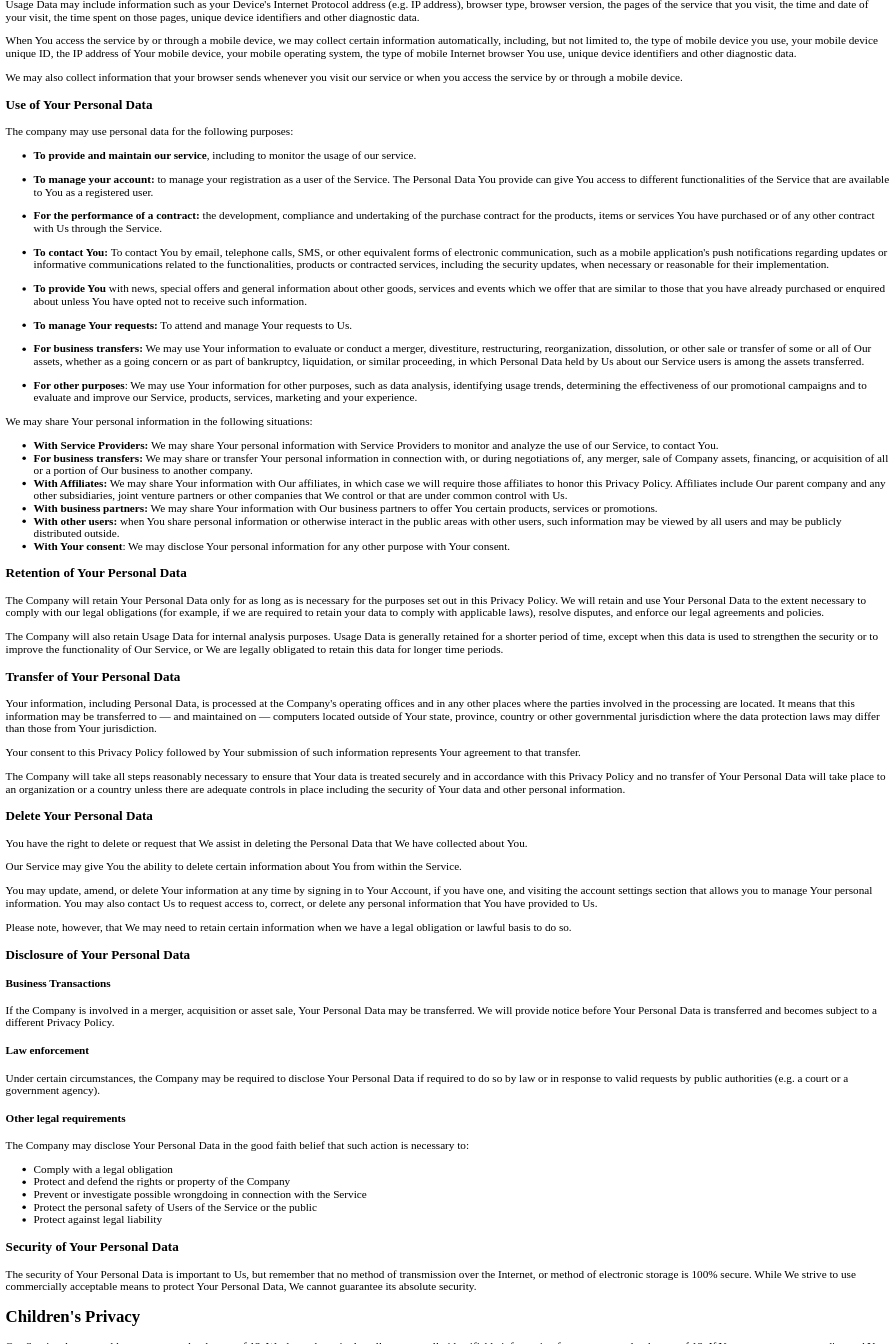
Repository: danielzhang2001/Clodbot
Page: privacy-policy.html
These files come from the project's save history. The page is drawn as it stood at one moment and after the next save; the edit follows.
The browser window is 1280 px wide. The pictures show the part of the page from y = 1135 to 3055 px (the page is 3580 px tall before and 3476 px after), at 70% of full size.

Above is the page before, as saved 2024-04-18 01:11:44.

### privacy-policy.html
<h1>Privacy Policy</h1>
<p>Last updated: April 18, 2024</p>
<p>This Privacy Policy describes the policies and procedures on the collection, use and disclosure of your information
  when you use the Service and tells you about your privacy rights and how the law protects you.</p>
<p>We use your data from Pokemon Showdown to provide and improve the service. By using the service, you agree to the
  collection and use of information in accordance with this Privacy Policy. This Privacy Policy has been created with
  the help of the
  <a href="https://www.termsfeed.com/privacy-policy-generator/" target="_blank">Privacy Policy Generator</a>.
</p>
<h2>Interpretation and Definitions</h2>
<h3>Interpretation</h3>
<p>The words of which the initial letter is capitalized have meanings defined under the following conditions. The
  following definitions shall have the same meaning regardless of whether they appear in singular or in plural.</p>
<h3>Definitions</h3>
<p>For the purposes of this Privacy Policy:</p>
<ul>
  <li>
    <p><strong>Account</strong> means a unique account created for you to access our service or parts of our service.
    </p>
  </li>
  <li>
    <p><strong>Affiliate</strong> means an entity that controls, is controlled by or is under common control with a
      party, where &quot;control&quot; means ownership of 50% or more of the shares, equity interest or other securities
      entitled to vote for election of directors or other managing authority.</p>
  </li>
  <li>
    <p><strong>Application</strong> refers to Clodbot, the Discord bot program provided by the developer(s).</p>
  </li>
  <li>
    <p><strong>Company</strong> (referred to as either &quot;the Company&quot;, &quot;We&quot;, &quot;Us&quot; or
      &quot;Our&quot; in this Agreement) refers to Clodbot's developer(s).</p>
  </li>
  <li>
    <p><strong>Country</strong> refers to: Ontario, Canada</p>
  </li>
  <li>
    <p><strong>Device</strong> means any device that can access the service such as a computer, a cellphone or a digital
      tablet.</p>
  </li>
  <li>
    <p><strong>Personal Data</strong> is any information that relates to an identified or identifiable individual.</p>
  </li>
  <li>
    <p><strong>Service</strong> refers to the application.</p>
  </li>
  <li>
    <p><strong>Service Provider</strong> means any natural or legal person who processes the data on behalf of the
      company. It refers to third-party companies or individuals employed by the company to facilitate the Service, to
      provide the service on behalf of the company, to perform services related to the Service or to assist the company
      in analyzing how the service is used.</p>
  </li>
  <li>
    <p><strong>Usage Data</strong> refers to data collected automatically, either generated by the use of the service or
      from the service infrastructure itself (for example, the duration of a page visit).</p>
  </li>
  <li>
    <p><strong>You</strong> means the individual accessing or using the service, or the company, or other legal entity
      on behalf of which such individual is accessing or using the service, as applicable.</p>
  </li>
</ul>
<h2>Collecting and Using Your Personal Data</h2>
<h3>Types of Data Collected</h3>
<h4>Personal Data</h4>
<p>While using the service, you may be asked to provide certain personally identifiable information that can be
  used to contact or identify you. Personally identifiable information may include, but is not limited to:</p>
<ul>
  <li>Usage Data</li>
</ul>
<h4>Usage Data</h4>
<p>Usage Data is collected automatically when using the service.</p>
<p>Usage Data may include information such as your Device's Internet Protocol address (e.g. IP address), browser type,
  browser version, the pages of the service that you visit, the time and date of your visit, the time spent on those
  pages, unique device identifiers and other diagnostic data.</p>
<p>When You access the service by or through a mobile device, we may collect certain information automatically,
  including, but not limited to, the type of mobile device you use, your mobile device unique ID, the IP address of Your
  mobile device, your mobile operating system, the type of mobile Internet browser You use, unique device identifiers
  and other diagnostic data.</p>
<p>We may also collect information that your browser sends whenever you visit our service or when you access the service
  by or through a mobile device.</p>
<h3>Use of Your Personal Data</h3>
<p>The company may use personal data for the following purposes:</p>
<ul>
  <li>
    <p><strong>To provide and maintain our service</strong>, including to monitor the usage of our service.</p>
  </li>
  <li>
    <p><strong>To manage your account:</strong> to manage your registration as a user of the Service. The Personal Data
      You provide can give You access to different functionalities of the Service that are available to You as a
      registered user.</p>
  </li>
  <li>
    <p><strong>For the performance of a contract:</strong> the development, compliance and undertaking of the purchase
      contract for the products, items or services You have purchased or of any other contract with Us through the
      Service.</p>
  </li>
  <li>
    <p><strong>To contact You:</strong> To contact You by email, telephone calls, SMS, or other equivalent forms of
      electronic communication, such as a mobile application's push notifications regarding updates or informative
      communications related to the functionalities, products or contracted services, including the security updates,
      when necessary or reasonable for their implementation.</p>
  </li>
  <li>
    <p><strong>To provide You</strong> with news, special offers and general information about other goods, services and
      events which we offer that are similar to those that you have already purchased or enquired about unless You have
      opted not to receive such information.</p>
  </li>
  <li>
    <p><strong>To manage Your requests:</strong> To attend and manage Your requests to Us.</p>
  </li>
  <li>
    <p><strong>For business transfers:</strong> We may use Your information to evaluate or conduct a merger,
      divestiture, restructuring, reorganization, dissolution, or other sale or transfer of some or all of Our assets,
      whether as a going concern or as part of bankruptcy, liquidation, or similar proceeding, in which Personal Data
      held by Us about our Service users is among the assets transferred.</p>
  </li>
  <li>
    <p><strong>For other purposes</strong>: We may use Your information for other purposes, such as data analysis,
      identifying usage trends, determining the effectiveness of our promotional campaigns and to evaluate and improve
      our Service, products, services, marketing and your experience.</p>
  </li>
</ul>
<p>We may share Your personal information in the following situations:</p>
<ul>
  <li><strong>With Service Providers:</strong> We may share Your personal information with Service Providers to monitor
    and analyze the use of our Service, to contact You.</li>
  <li><strong>For business transfers:</strong> We may share or transfer Your personal information in connection with, or
    during negotiations of, any merger, sale of Company assets, financing, or acquisition of all or a portion of Our
    business to another company.</li>
  <li><strong>With Affiliates:</strong> We may share Your information with Our affiliates, in which case we will require
    those affiliates to honor this Privacy Policy. Affiliates include Our parent company and any other subsidiaries,
    joint venture partners or other companies that We control or that are under common control with Us.</li>
  <li><strong>With business partners:</strong> We may share Your information with Our business partners to offer You
    certain products, services or promotions.</li>
  <li><strong>With other users:</strong> when You share personal information or otherwise interact in the public areas
    with other users, such information may be viewed by all users and may be publicly distributed outside.</li>
  <li><strong>With Your consent</strong>: We may disclose Your personal information for any other purpose with Your
    consent.</li>
</ul>
<h3>Retention of Your Personal Data</h3>
<p>The Company will retain Your Personal Data only for as long as is necessary for the purposes set out in this Privacy
  Policy. We will retain and use Your Personal Data to the extent necessary to comply with our legal obligations (for
  example, if we are required to retain your data to comply with applicable laws), resolve disputes, and enforce our
  legal agreements and policies.</p>
<p>The Company will also retain Usage Data for internal analysis purposes. Usage Data is generally retained for a
  shorter period of time, except when this data is used to strengthen the security or to improve the functionality of
  Our Service, or We are legally obligated to retain this data for longer time periods.</p>
<h3>Transfer of Your Personal Data</h3>
<p>Your information, including Personal Data, is processed at the Company's operating offices and in any other places
  where the parties involved in the processing are located. It means that this information may be transferred to — and
  maintained on — computers located outside of Your state, province, country or other governmental jurisdiction where
  the data protection laws may differ than those from Your jurisdiction.</p>
<p>Your consent to this Privacy Policy followed by Your submission of such information represents Your agreement to that
  transfer.</p>
<p>The Company will take all steps reasonably necessary to ensure that Your data is treated securely and in accordance
  with this Privacy Policy and no transfer of Your Personal Data will take place to an organization or a country unless
  there are adequate controls in place including the security of Your data and other personal information.</p>
<h3>Delete Your Personal Data</h3>
<p>You have the right to delete or request that We assist in deleting the Personal Data that We have collected about
  You.</p>
<p>Our Service may give You the ability to delete certain information about You from within the Service.</p>
<p>You may update, amend, or delete Your information at any time by signing in to Your Account, if you have one, and
  visiting the account settings section that allows you to manage Your personal information. You may also contact Us to
  request access to, correct, or delete any personal information that You have provided to Us.</p>
<p>Please note, however, that We may need to retain certain information when we have a legal obligation or lawful basis
  to do so.</p>
<h3>Disclosure of Your Personal Data</h3>
<h4>Business Transactions</h4>
<p>If the Company is involved in a merger, acquisition or asset sale, Your Personal Data may be transferred. We will
  provide notice before Your Personal Data is transferred and becomes subject to a different Privacy Policy.</p>
<h4>Law enforcement</h4>
<p>Under certain circumstances, the Company may be required to disclose Your Personal Data if required to do so by law
  or in response to valid requests by public authorities (e.g. a court or a government agency).</p>
<h4>Other legal requirements</h4>
<p>The Company may disclose Your Personal Data in the good faith belief that such action is necessary to:</p>
<ul>
  <li>Comply with a legal obligation</li>
  <li>Protect and defend the rights or property of the Company</li>
  <li>Prevent or investigate possible wrongdoing in connection with the Service</li>
  <li>Protect the personal safety of Users of the Service or the public</li>
  <li>Protect against legal liability</li>
</ul>
<h3>Security of Your Personal Data</h3>
<p>The security of Your Personal Data is important to Us, but remember that no method of transmission over the Internet,
  or method of electronic storage is 100% secure. While We strive to use commercially acceptable means to protect Your
  Personal Data, We cannot guarantee its absolute security.</p>
<h2>Children's Privacy</h2>
<p>Our Service does not address anyone under the age of 13. We do not knowingly collect personally identifiable
  information from anyone under the age of 13. If You are a parent or guardian and You are aware that Your child has
  provided Us with Personal Data, please contact Us. If We become aware that We have collected Personal Data from anyone
  under the age of 13 without verification of parental consent, We take steps to remove that information from Our
  servers.</p>
<p>If We need to rely on consent as a legal basis for processing Your information and Your country requires consent from
  a parent, We may require Your parent's consent before We collect and use that information.</p>
<h2>Links to Other Websites</h2>
<p>Our Service may contain links to other websites that are not operated by Us. If You click on a third party link, You
  will be directed to that third party's site. We strongly advise You to review the Privacy Policy of every site You
  visit.</p>
<p>We have no control over and assume no responsibility for the content, privacy policies or practices of any third
  party sites or services.</p>
<h2>Changes to this Privacy Policy</h2>
<p>We may update Our Privacy Policy from time to time. We will notify You of any changes by posting the new Privacy
  Policy on this page.</p>
<p>We will let You know via email and/or a prominent notice on Our Service, prior to the change becoming effective and
  update the &quot;Last updated&quot; date at the top of this Privacy Policy.</p>
<p>You are advised to review this Privacy Policy periodically for any changes. Changes to this Privacy Policy are
  effective when they are posted on this page.</p>
<h2>Contact Us</h2>
<p>If you have any questions about this Privacy Policy, You can contact us:</p>
<ul>
  <li>By email: <a href="mailto:danielzhang3469@gmail.com">danielzhang3469@gmail.com</a></li>
</ul>

After the next save:
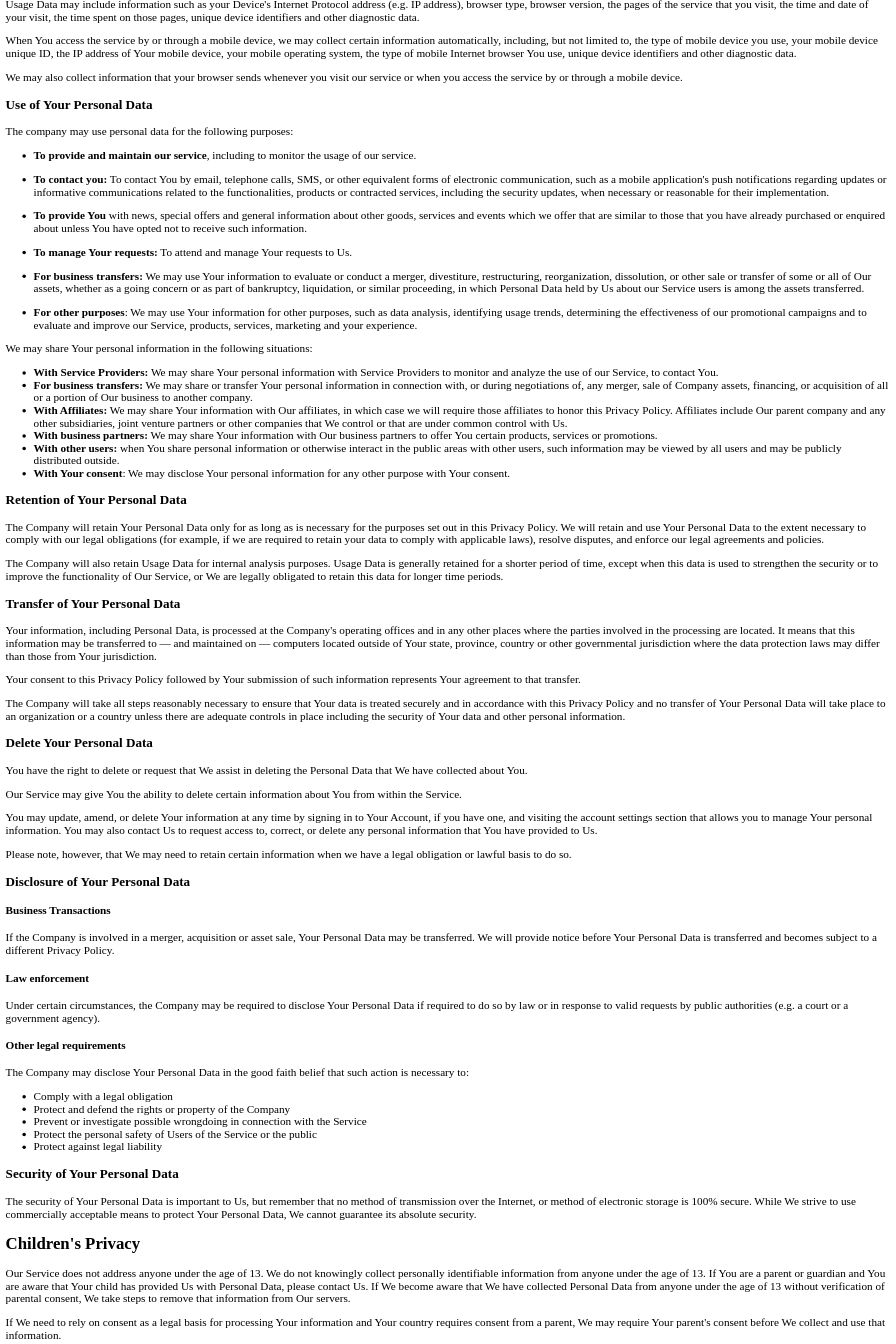
Saved 2 min 0 s later.
--- a/privacy-policy.html
+++ b/privacy-policy.html
@@ -84,17 +84,7 @@
     <p><strong>To provide and maintain our service</strong>, including to monitor the usage of our service.</p>
   </li>
   <li>
-    <p><strong>To manage your account:</strong> to manage your registration as a user of the Service. The Personal Data
-      You provide can give You access to different functionalities of the Service that are available to You as a
-      registered user.</p>
-  </li>
-  <li>
-    <p><strong>For the performance of a contract:</strong> the development, compliance and undertaking of the purchase
-      contract for the products, items or services You have purchased or of any other contract with Us through the
-      Service.</p>
-  </li>
-  <li>
-    <p><strong>To contact You:</strong> To contact You by email, telephone calls, SMS, or other equivalent forms of
+    <p><strong>To contact you:</strong> To contact You by email, telephone calls, SMS, or other equivalent forms of
       electronic communication, such as a mobile application's push notifications regarding updates or informative
       communications related to the functionalities, products or contracted services, including the security updates,
       when necessary or reasonable for their implementation.</p>
